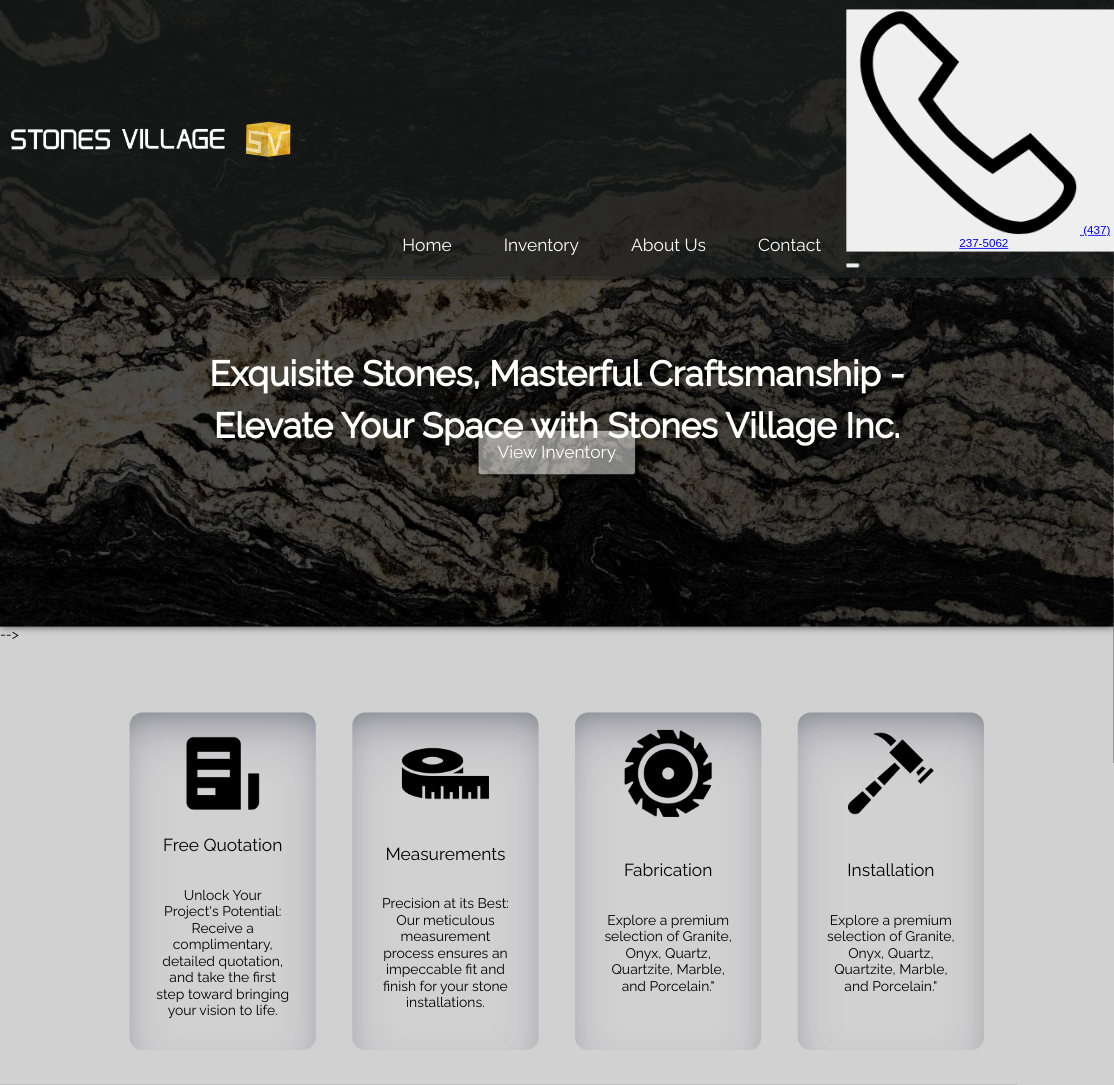
Repository: shayanabedi98/Stones-Village
Page: index.html
These files come from the project's save history. The page is drawn as it stood at one moment and after the next save; the edit follows.
The browser window is 1280 px wide. The pictures show the whole page, at 87% of full size.
Backgrounds fixed to the window are drawn as part of the page.

Above is the page before, as saved 2023-10-22 17:25:05.

### index.html
<!DOCTYPE html>
<html lang="en">
<head>
    <meta charset="UTF-8">
    <meta name="viewport" content="width=device-width, initial-scale=1.0">
    <title>Stones Village | Home</title>
    <link rel="preconnect" href="https://fonts.googleapis.com">
    <link rel="preconnect" href="https://fonts.gstatic.com" crossorigin>
    <link href="https://fonts.googleapis.com/css2?family=Raleway&display=swap" rel="stylesheet">
    <link rel="stylesheet" href="styles.css">
</head>
<body>
    <div class="navbar">
        <div class="logo">
            <img id="logo-name" src="./resources/sv-name.png" alt="Company name">
            <img id="logo-cube" src="./resources/sv-cube.png" alt="Company logo">
        </div>
        <div class="navbar-menu">
            <ul>
                <li><a href="./">Home</a></li>
                <li><a href="./inventory">Inventory</a></li>
                <li><a href="./about-us">About Us</a></li>
                <li><a href="./contact">Contact</a></li>
            </ul>
        </div>
        <div class="navbar-links">
            <button>
                <a href="tel:+14372375062">
                <img src="./resources/telephone-svgrepo-com.png" alt="Contact By Number">
                (437) 237-5062
                </a>
            </button>
            <button></button>
        </div>
    </div>
    <div class="grid-container">
        <div class="banner">
            <!-- Background Image -->
        </div>
        <div class="banner-overlay">
            <h1>Exquisite Stones, Masterful Craftsmanship - Elevate Your Space with Stones Village Inc.</h1>
            <button>View Inventory</button>
        </div>
        <!-- <div class="services-container">
            <h2>Welcome</h2>
            <h3>Stones Village is a beacon of excellence in the stone industry, conveniently situated in Concord, Ontario, yet extending our top-notch services and products across the entire nation. With a rich history and unparalleled expertise in supplying, fabricating, and installing premium-quality Granite, Onyx, Quartz, and Porcelain, we have carved out a reputation for reliability, craftsmanship, and aesthetic excellence.</h3>


            <!-- Free Quotations
Stonica Group Inc. offers no-obligation, comprehensive quotes for all project sizes. Our experts provide a detailed cost estimate, ensuring transparency and no hidden charges.


Measurements
We use advanced tools for precise project measurements, considering the environment and potential challenges to ensure seamless integration of our fabrications into your space.


Fabrication
Our high-quality fabrication service is handled by a skilled team and cutting-edge facilities. We handle various materials and complexities, ensuring the finished product meets the highest industry standards.


Installation
Our trained professionals carry out careful and precise installations. We also perform comprehensive checks post-installation, ensuring a perfect fit and function. Your satisfaction is our ultimate goal. -->
        </div> -->
        <div class="card-container">
            <div class="card">
                <img src="./resources/invoice-svgrepo-com.png" alt="Icon of Stone Slab">
                <div class="card-text">
                    <p class="card-name">Free Quotation</p>
                    <p class="card-description">Unlock Your Project's Potential: Receive a complimentary, detailed quotation, and take the first step toward bringing your vision to life.</p>
                </div>
            </div>
            <div class="card">
                <img src="./resources/measure-2-svgrepo-com.png" alt="Icon of Stone Slab">
                <div class="card-text">
                    <p class="card-name">Measurements</p>
                    <p class="card-description">Precision at its Best: Our meticulous measurement process ensures an impeccable fit and finish for your stone installations.</p>
                </div>
            </div>
            <div class="card">
                <img src="./resources/saw-svgrepo-com.png" alt="Icon of Stone Slab">
                <div class="card-text">
                    <p class="card-name">Fabrication</p>
                    <p class="card-description">Explore a premium selection of Granite, Onyx, Quartz, Quartzite, Marble, and Porcelain."</p>
                </div>
            </div>
            <div class="card">
                <img src="./resources/hammer-work-construction-svgrepo-com.png" alt="Icon of Stone Slab">
                <div class="card-text">
                    <p class="card-name">Installation</p>
                    <p class="card-description">Explore a premium selection of Granite, Onyx, Quartz, Quartzite, Marble, and Porcelain."</p>
                </div>
            </div>
        </div>
    </div>
    <script src="./index.js"></script>
</body>
</html>

### styles.css
body {
    background-color: #d1d1d1;
    color: #000000;
    font-family: 'Raleway', sans-serif;
    margin: 0;
    padding: 0;
}

.navbar {
    display: grid;
    grid-template-columns: 0.5fr 1fr 0.5fr;
    background-color: rgba(29, 31, 31, 0.7);
    box-shadow: 0 0 5px 0 rgb(0, 0, 0);
    padding: 10px;
    position: fixed;
    width: 100%;
    z-index: 1;
}

.logo {
    display: flex;
    align-items: center;
    justify-content: center;
}

#logo-cube {
    height: 42px;
    margin-left: 20px;
    cursor: pointer;
}

#logo-name {
    height: 28px;
    cursor: pointer;
}

.navbar-menu {
    display: grid;
    align-items: end;
}

.navbar-menu ul {
    display: flex;
    align-content: center;
    justify-content: center;
    list-style-type: none;
}

.navbar-menu a {
    text-decoration: none;
    color: #FFFFFE;
    font-size: 20px;
    margin-left: 60px;
}

.navbar-menu a:hover {
    color: #E0B739;
    transition: 0.3s;
    border-bottom: 8px solid #E0B739;
}

.navbar-menu a:not(:hover) {
    color: #FFFFFE;
    border-bottom: 0px;
    transition: 0.3s;
}

.navbar-tel {
    display: flex;
    justify-content: center;
    align-items: center;
}

.navbar-tel button {
    height: 35px;
    width: 160px;
    border: none;
    border-radius: 3px;
    box-shadow: 0 0 10px 0 rgb(0, 0, 0);
}

.navbar-tel img {
    height: 25px;
    margin-right: 12px;
}

.navbar-tel a {
    text-decoration: none;
    color: black;
    font-family: Tahoma, Verdana, sans-serif;
    font-size: 16px;
    display: flex;
    align-items: center;
    justify-content: center;
}

.banner {
    background-attachment: fixed;
    height: 100vh;
    background-size: 2100px;
    background-repeat: no-repeat;
    background-position: 0 -400px;
    transition: opacity 1s ease-in-out, background-size 0s, background-position 0s;
}

.banner-overlay {
    background-color: rgba(0, 0, 0, 0.7);
    box-shadow: 0 0 10px 0 black;
    display: grid;
    grid-template-rows: 0.8fr 1fr;
    justify-items: center;
    align-items: center;
    text-align: center;
    position: absolute;
    height: 100vh;
    width: 100%;
    top: 0;
}

.banner-overlay h1 {
    margin: 0;
    color: #FFFFFE;
    position: relative;
    font-size: 40px;
    top: 300px;
    width: 70%;
    line-height: 60px;
}

.banner-overlay button {
    font-family: 'Raleway', sans-serif;
    background-color: rgba(255, 255, 254, 0.5);
    color: white;
    border: none;
    border-radius: 3px;
    font-size: 20px;
    width: 180px;
    height: 50px;
    box-shadow: 0 0 2px 0 black;
    cursor: pointer;
}

.banner-overlay button:hover {
    box-shadow: 0 0 15px 0 black;
    background-color: rgb(224, 183, 57);
    transition: 0.3s;
}

.banner-overlay button:not(:hover) {
    box-shadow: 0 0 5px 0 black;
    transition: 0.3s;
}

.services-container, .card-container {
    margin: 40px auto;
}

.services-container {
    display: grid;
    grid-template-rows: 1fr 1fr;
    justify-items: center;
    margin-top: 80px;
    width: 80%;
}

.services-container h2, h3 {
    display: grid;
    justify-items: center;
}

.card-container {
    display: grid;
    width: 80%;
    grid-template-columns: repeat(4, 1fr);
    justify-items: center;
    margin-top: 80px;
}

.card {
    width: 80%;
    display: grid;
    justify-items: center;
    border-radius: 15px;
    box-shadow: rgba(50, 50, 93, 0.25) 0px 30px 60px -12px inset, rgba(0, 0, 0, 0.3) 0px 18px 36px -18px inset;
    padding: 20px 5px;
}

.card img {
    height: 100px;
}

.card-text {
    display: grid;
    text-align: center;
    justify-items: center;
    align-content: start;
}

.card-name {
    font-size: 20px;
}

.card-description {
    width: 75%;
}

### index.js
const banner = document.querySelector('.banner');
const bannerImg = ['./resources/aaron-huber-G7sE2S4Lab4-unsplash.jpg', './resources/black-marble-texture2-min2.jpg', './resources/engin-akyurt-m555vEfryhE-unsplash.jpg', './resources/marble-2398956_1920.jpg'];
let bannerImgIndex = 0;
const logoName = document.querySelector('#logo-name');
const logoCube = document.querySelector('#logo-cube');
const navbar = document.querySelector('.navbar');

logoCube.addEventListener('click', () => {
    window.location.replace('./')
})

logoCube.addEventListener('mouseover', () => {
    navbar.style.backgroundColor = 'rgba(224, 183, 57,0.3)'
    navbar.style.transition = '4s'
})

logoCube.addEventListener('mouseout', () => {
    navbar.style.backgroundColor = 'rgba(29, 31, 31, 0.7)'
    navbar.style.transition = '2s'
})

logoName.addEventListener('click', () => {
    window.location.replace('./')
})

logoName.addEventListener('mouseover', () => {
    navbar.style.backgroundColor = 'rgba(224, 183, 57,0.3)'
    navbar.style.transition = '4s'
})

logoName.addEventListener('mouseout', () => {
    navbar.style.backgroundColor = 'rgba(29, 31, 31, 0.7)'
    navbar.style.transition = '2s'
})

const bannerImgChanger = () => {
    banner.style.opacity = '0'
    bannerImgIndex = (bannerImgIndex + 1) % bannerImg.length;
    banner.style.background = `url(${bannerImg[bannerImgIndex]})`;

    if (bannerImgIndex === 0) {
        banner.style.backgroundSize = '2100px';
        banner.style.backgroundPosition = '0 -400px'
        banner.style.backgroundAttachment = 'fixed';
        banner.style.opacity = '1'
        banner.style.transition = 'opacity 1s ease-in, background-size 0s, background-position 0s;';
        setTimeout(() => {
            banner.style.opacity = '0'
        }, 7000)

    } else if (bannerImgIndex === 1) {
        banner.style.backgroundSize = '2000px';
        banner.style.backgroundAttachment = 'fixed';
        banner.style.opacity = '1'
        banner.style.transition = 'opacity 1s ease-in, background-size 0s, background-position 0s;';
        setTimeout(() => {
            banner.style.opacity = '0'
        }, 7000)

    } else if (bannerImgIndex === 2) {
        banner.style.backgroundAttachment = 'fixed';
        banner.style.opacity = '1'
        banner.style.transition = 'opacity 1s ease-in, background-size 0s, background-position 0s;';
        setTimeout(() => {
            banner.style.opacity = '0'
        }, 7000)
    } else if (bannerImgIndex === 3) {
        banner.style.backgroundAttachment = 'fixed';
        banner.style.opacity = '1'
        banner.style.transition = 'opacity 1s ease-in, background-size 0s, background-position 0s;';
        setTimeout(() => {
            banner.style.opacity = '0'
        }, 7000)
    }
};

bannerImgChanger();

setInterval(bannerImgChanger, 8000)

After the next save:
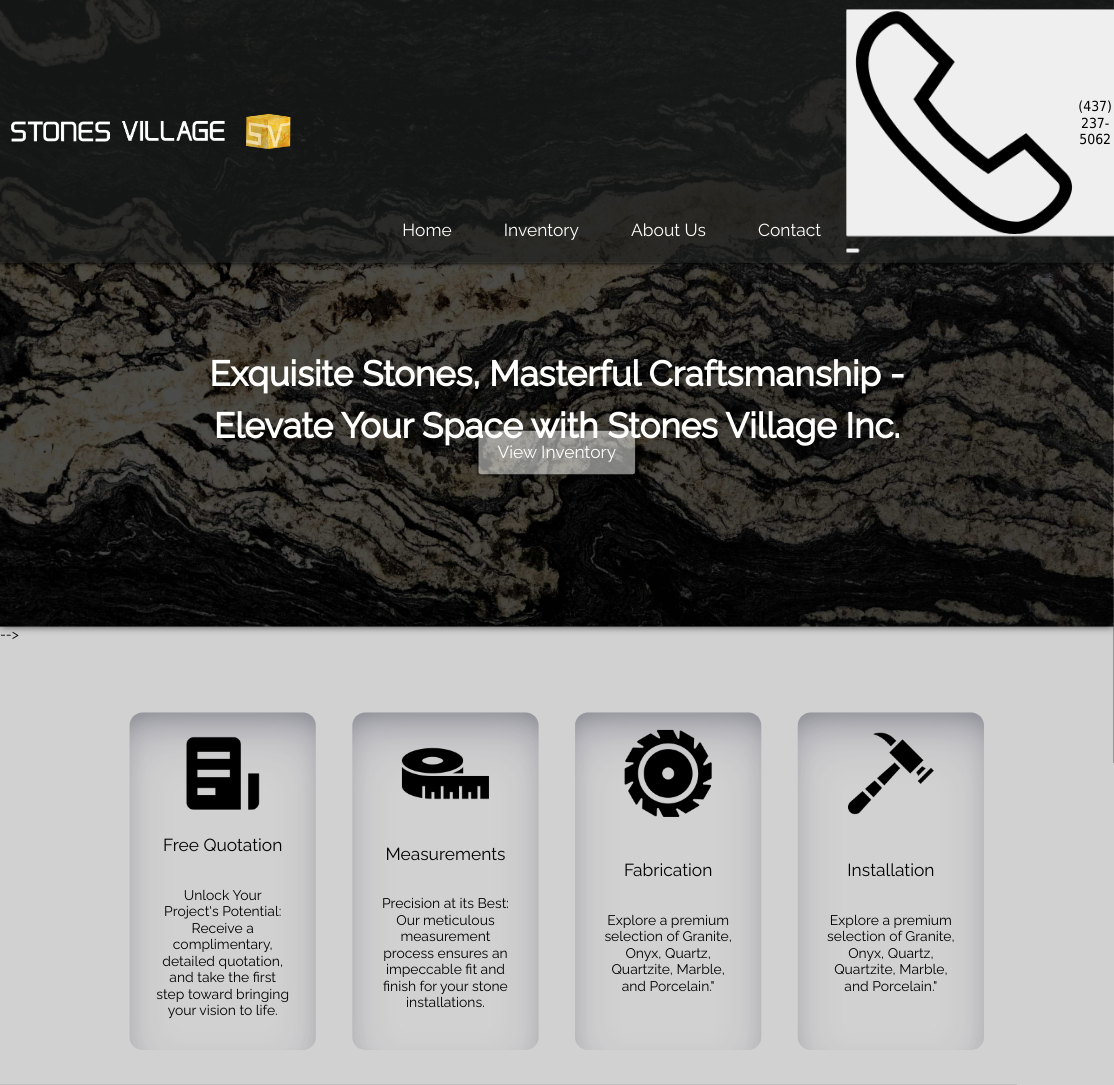
Saved 11 s later.
--- a/styles.css
+++ b/styles.css
@@ -84,7 +84,7 @@ body {
     margin-right: 12px;
 }
 
-.navbar-tel a {
+.navbar-links a {
     text-decoration: none;
     color: black;
     font-family: Tahoma, Verdana, sans-serif;
